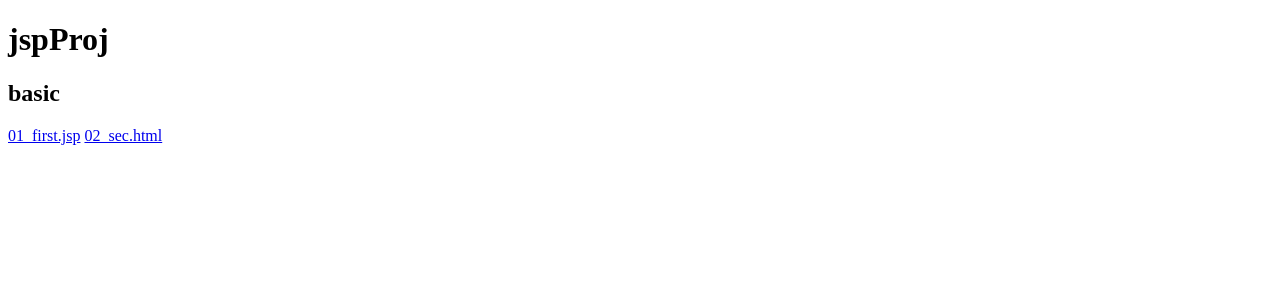
Repository: BlueMarineMoon/20220509_Web
Page: jspProj/src/main/webapp/index.html
The author's editor kept a copy of each file at every save. The page is drawn from the files as they stood at one save, then again after the next save.
The browser window is 1280 px wide. The pictures show the whole page.

Above is the page before, as saved 2022-05-09 09:02:08.

### jspProj/src/main/webapp/index.html
<!DOCTYPE html>
<html>
<head>
<meta charset="UTF-8">
<title>Insert title here</title>
</head>
<body>
<h1>jspProj</h1>
<h2>basic</h2>
<a href="basic/01_first.jsp">01_first.jsp</a>
<a href="basic/02_sec.html">02_sec.html</a>
</body>
</html>

After the next save:
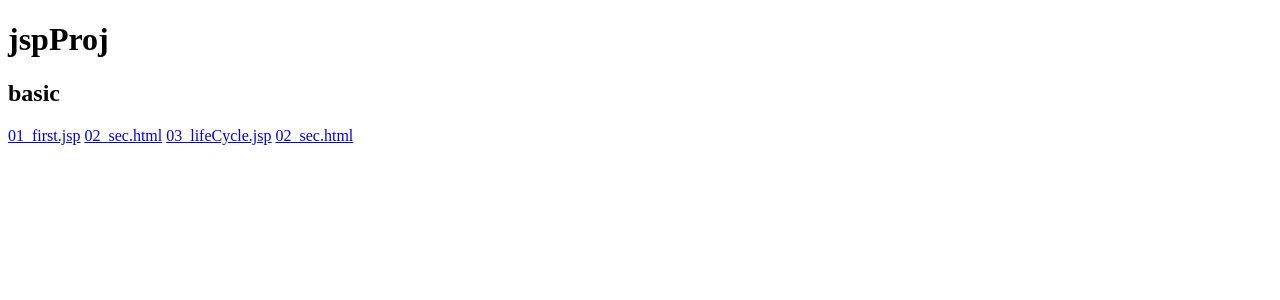
Saved 38 s later.
--- a/jspProj/src/main/webapp/index.html
+++ b/jspProj/src/main/webapp/index.html
@@ -9,5 +9,7 @@
 <h2>basic</h2>
 <a href="basic/01_first.jsp">01_first.jsp</a>
 <a href="basic/02_sec.html">02_sec.html</a>
+<a href="basic/03_lifeCycle.jsp">03_lifeCycle.jsp</a>
+<a href="basic/02_sec.html">02_sec.html</a>
 </body>
 </html>
